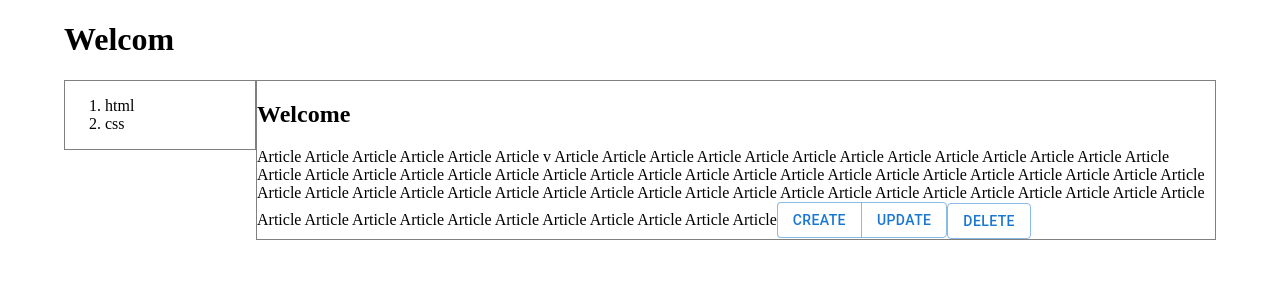
Repository: chlwpdnswku/nextjsportpolioclone
Page: /
These files come from the project's save history. The page is drawn as it stood at one moment and after the next save; the edit follows.
The browser window is 1280 px wide. The pictures show the whole page.
The project was rebuilt for these pictures with package versions that can differ from the ones it lists, and the page was loaded fresh each time. The framework's server and built-in components were replaced by stand-ins that run in the browser. Also part of the build but not shown: next.config.js.

Above is the page before, as saved 2022-08-05 16:15:03.

After the next save:
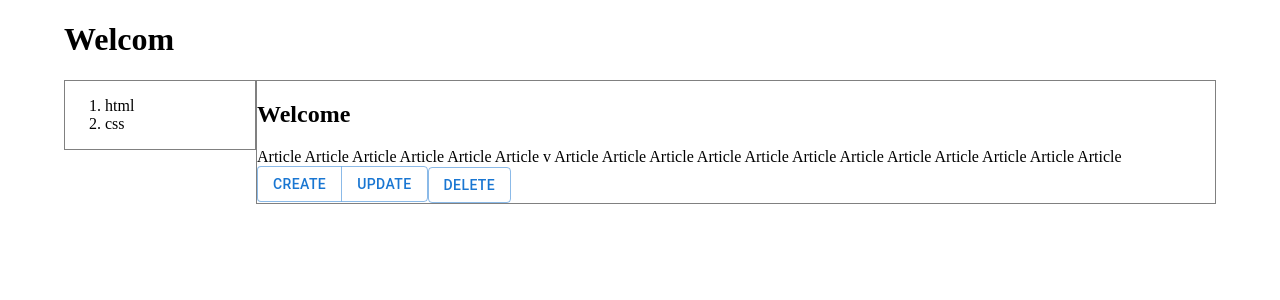
Saved 19 s later.
--- a/pages/index.tsx
+++ b/pages/index.tsx
@@ -49,12 +49,6 @@ function Article() {
       <h2>Welcome</h2>
       Article Article Article Article Article Article v Article Article Article
       Article Article Article Article Article Article Article Article Article
-      Article Article Article Article Article Article Article Article Article
-      Article Article Article Article Article Article Article Article Article
-      Article Article Article Article Article Article Article Article Article
-      Article Article Article Article Article Article Article Article Article
-      Article Article Article Article Article Article Article Article Article
-      Article Article Article Article Article Article Article
       <ButtonGroup>
         {' '}
         <Button variant='outlined'>Create</Button>
